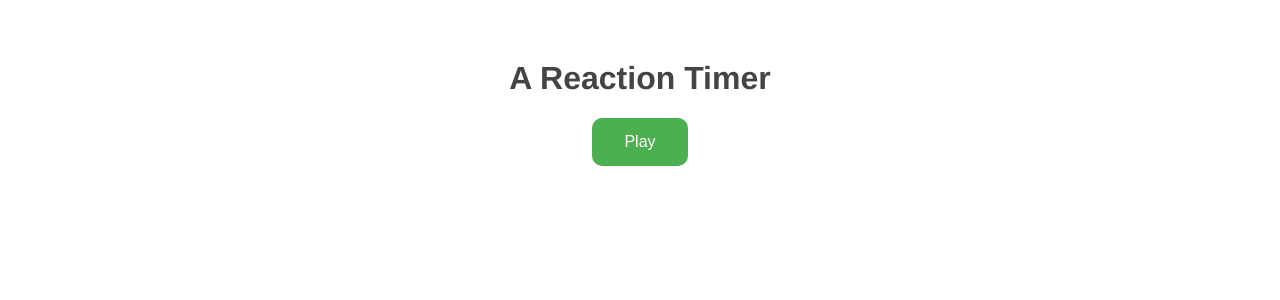
Repository: qudos4real/reaction-timer
Page: /
The author's editor kept a copy of each file at every save. The page is drawn from the files as they stood at one save, then again after a run of saves.
The browser window is 1280 px wide. The pictures show the whole page.
The project was rebuilt for these pictures with package versions that can differ from the ones it lists, and the page was loaded fresh each time. Also part of the build but not shown: vue.config.js, src/components/Block.vue, src/components/Results.vue.

Above is the page before, as saved 2022-12-27 23:58:33.

### src/App.vue
<template>
 <h1>A Reaction Timer</h1>
 <button class="btn" @click="start" v-bind:disabled="isPlaying">Play</button>
 <Block v-if="isPlaying" :delay="delay" @end="endGame"/>
 <Results v-if="showResult" :score="score"/>
</template>

<script>
import Block from './components/Block.vue';
import Results from './components/Results.vue';

export default {
  name: 'App',
  components: {
    Block,
    Results
  },
  data() {
    return {
      isPlaying: false,
      delay: null,
      score: null,
      showResult: false,
    }
  },
  methods: {
    start() {
      this.isPlaying = true;
      this.delay = 1000 + Math.random() * 4000;
      this.isPlaying = true;
      this.showResult = false;
    },
    endGame(reactionTime) {
      this.isPlaying = false;
      this.score = reactionTime;
      this.showResult = true;
    }
  }
}
</script>

<style>
#app {
  font-family: Avenir, Helvetica, Arial, sans-serif;
  -webkit-font-smoothing: antialiased;
  -moz-osx-font-smoothing: grayscale;
  text-align: center;
  color: #444;
  margin-top: 60px;
}
.btn {
  background-color: #4CAF50;
  border: none;
  color: white;
  padding: 15px 32px;
  text-align: center;
  font-size: 16px;
  cursor: pointer;
  border-radius: 10px;
}
.btn:disabled {
  background-color: #ccc;
  cursor: not-allowed;
}
</style>

Loaded but not shown: public/index.html (common file); src/main.js (common file)

After the next 3 saves:
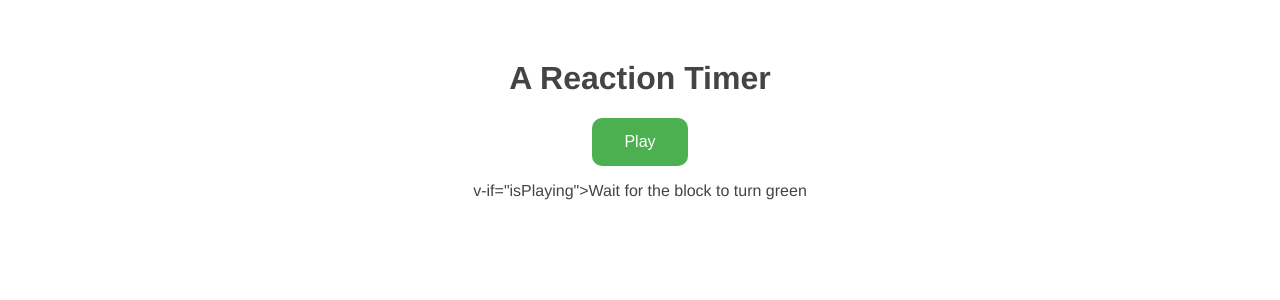
The 3 saves are shown as one change because 2 did not build or start.
The last was saved 14 h 9 min later.
--- a/src/App.vue
+++ b/src/App.vue
@@ -3,6 +3,7 @@
  <button class="btn" @click="start" v-bind:disabled="isPlaying">Play</button>
  <Block v-if="isPlaying" :delay="delay" @end="endGame"/>
  <Results v-if="showResult" :score="score"/>
+ <p> v-if="isPlaying">Wait for the block to turn green</p>
 </template>
 
 <script>

After the save that followed:
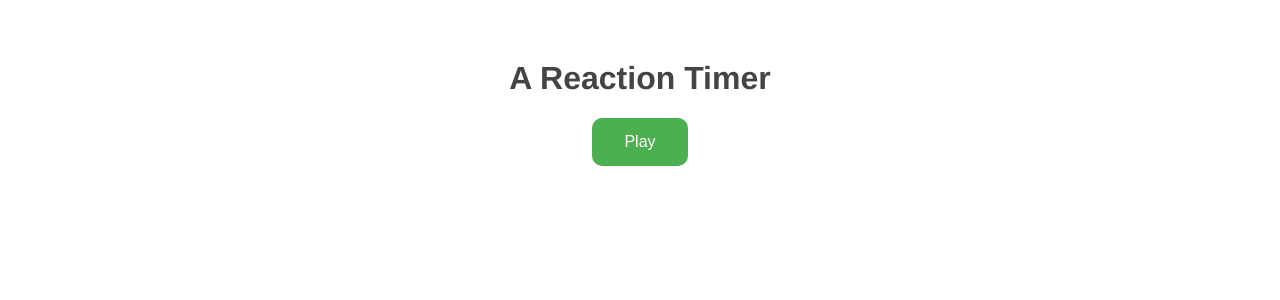
Saved 12 s later.
--- a/src/App.vue
+++ b/src/App.vue
@@ -3,7 +3,7 @@
  <button class="btn" @click="start" v-bind:disabled="isPlaying">Play</button>
  <Block v-if="isPlaying" :delay="delay" @end="endGame"/>
  <Results v-if="showResult" :score="score"/>
- <p> v-if="isPlaying">Wait for the block to turn green</p>
+ <p v-if="isPlaying">Wait for the block to turn green</p>
 </template>
 
 <script>
